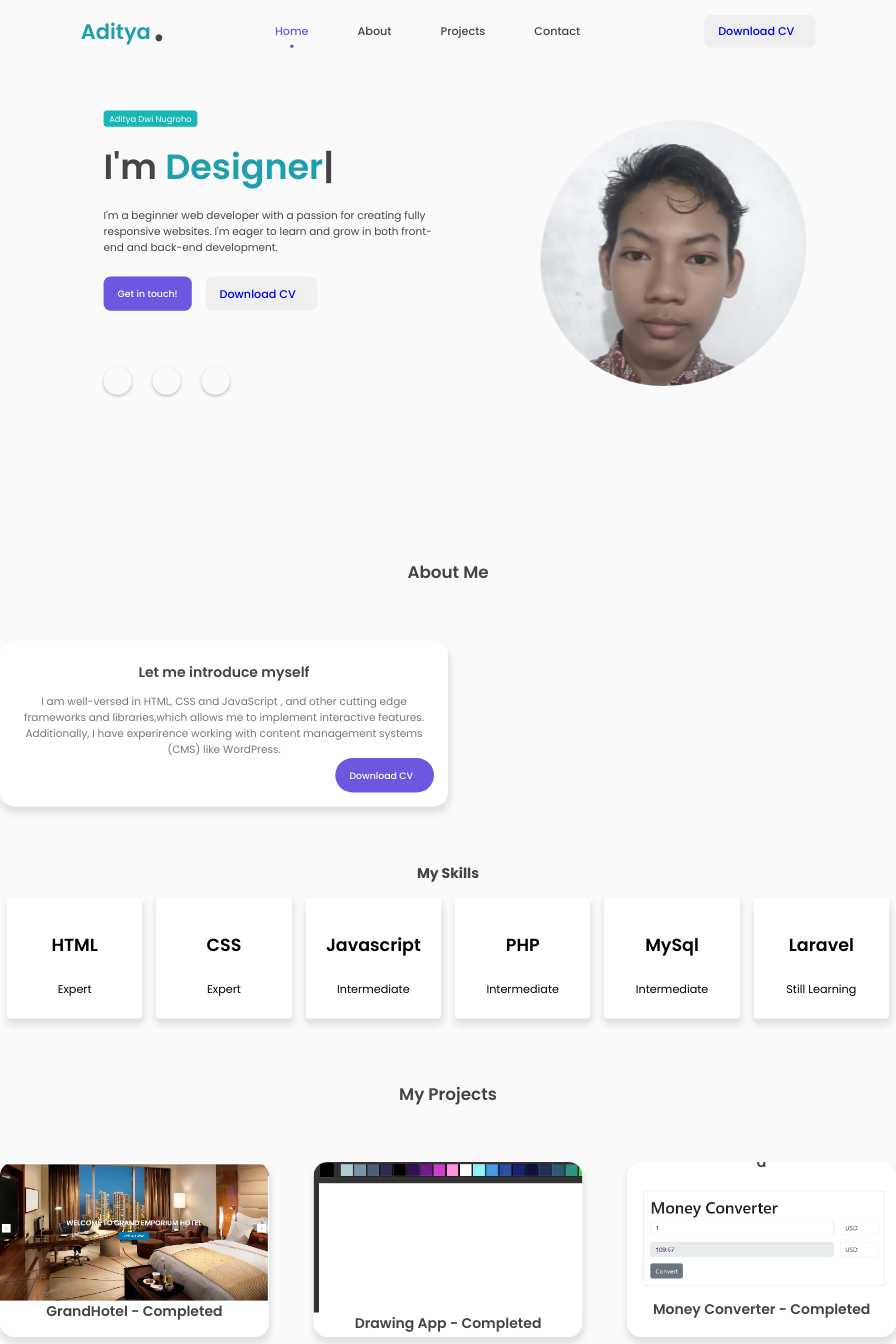
Repository: 4Kbrain/Portofolio
Page: index.html
An editor plug-in stored every save of this project. The page is shown before and after a run of saves, followed by the edit.
The browser window is 1280 px wide. The pictures show the part of the page from y = 0 to 1920 px (the page is 3000 px tall before and 2872 px after), at 70% of full size.
Some icons come from a web library that is not loaded, so they are not drawn.

Above is the page before, as saved 2024-05-15 18:46:43.
Console error: ReferenceError: ScrollReveal is not defined

After the next 2 saves:
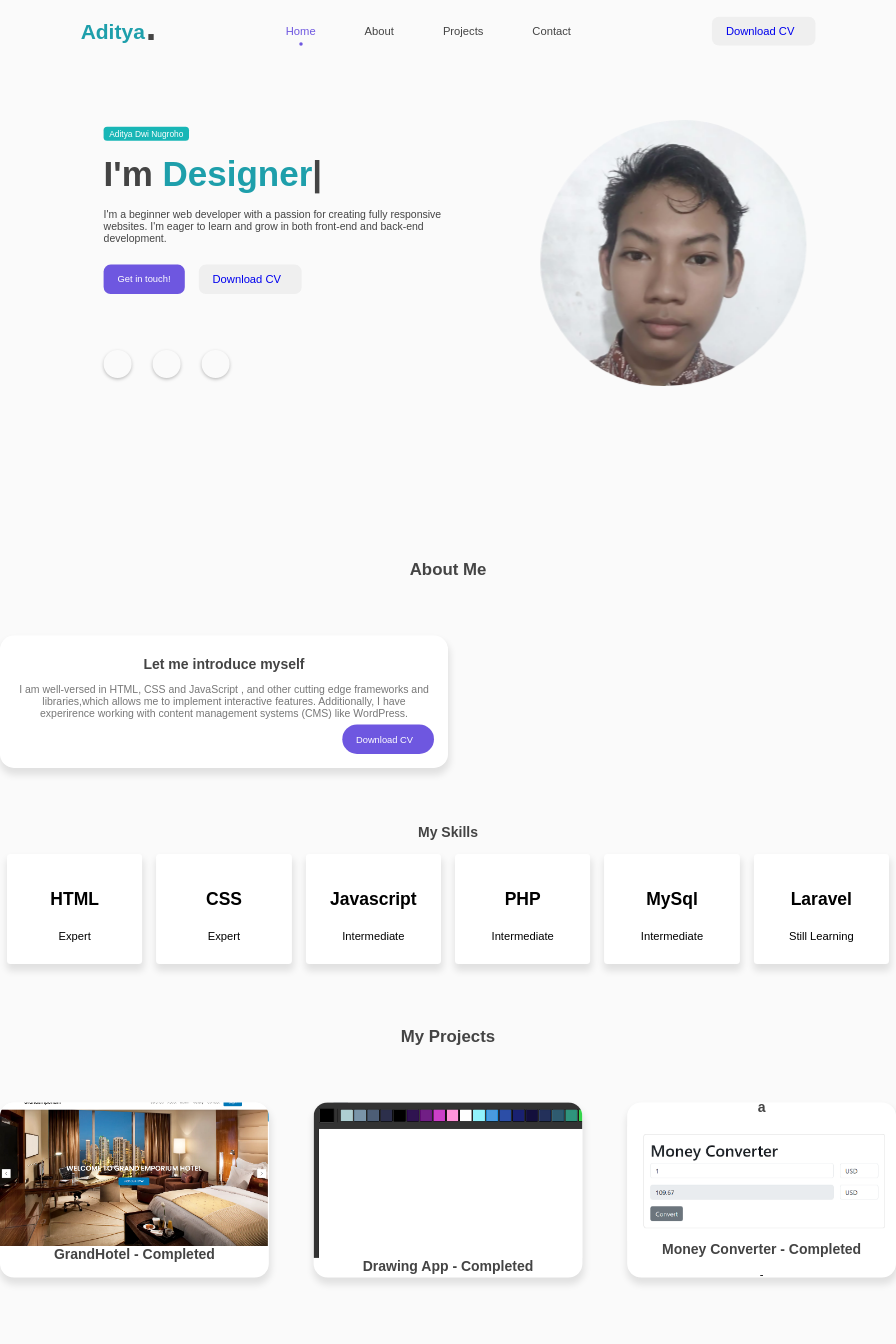
The 2 saves are shown as one change because they came seconds apart.
The last was saved 20 min 35 s later.
--- a/assets/css/style.css
+++ b/assets/css/style.css
@@ -1,3 +1,5 @@
+*{}
+
 @import url('https://fonts.googleapis.com/css2?family=Poppins:wght@400;500;600;700&display=swap');
 
 :root{
